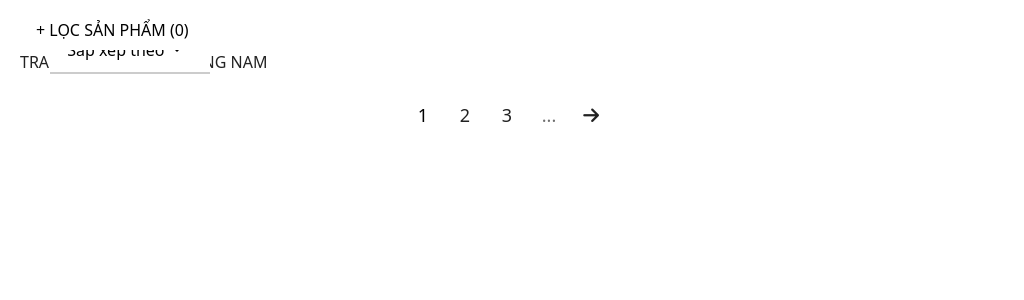
Repository: NguyenQuangQuan021099/FE_Page-Male
Page: index.html
An editor plug-in stored every save of this project. The page is shown before and after the next save, followed by the edit.
The browser window is 1024 px wide. The pictures show the whole page.
The page's requests for data from a server got no answer. Some web libraries are served in a nearby version.

Above is the page before, as saved 2021-07-08 11:07:20.

After the next save:
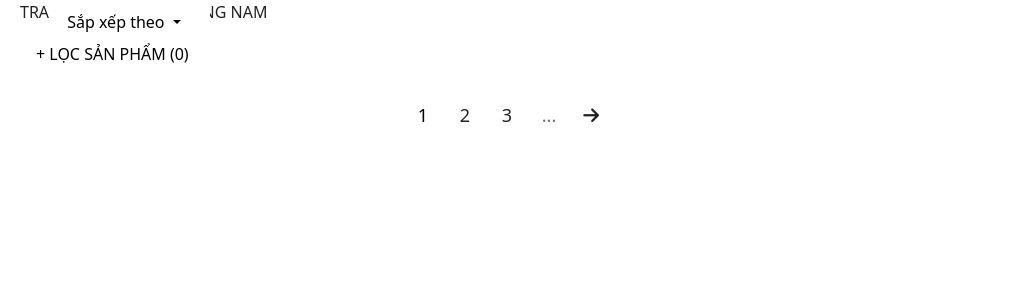
Saved 20 s later.
--- a/style.css
+++ b/style.css
@@ -295,7 +295,7 @@
 @media screen and (min-width: 360px) and (max-width: 1024px) {
 
     .category__product__action{
-        flex-direction: column-reverse;
+        flex-direction: column;
         padding: 0 20px;
         margin-bottom: 0;
     }

After the 2 saves that followed:
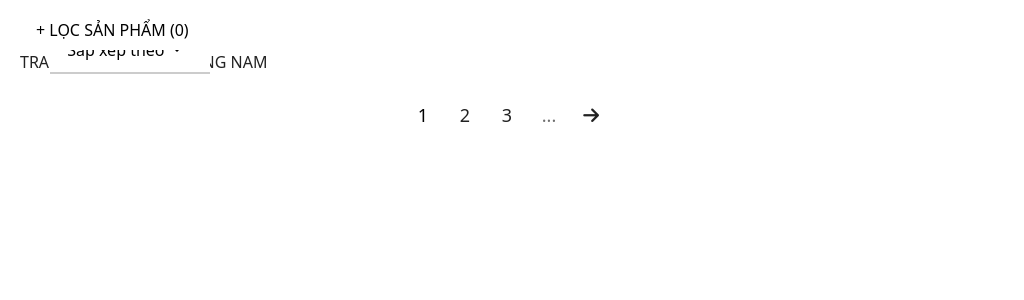
The 2 saves are shown as one change because they came seconds apart.
The last was saved 31 s later.
--- a/style.css
+++ b/style.css
@@ -295,7 +295,7 @@
 @media screen and (min-width: 360px) and (max-width: 1024px) {
 
     .category__product__action{
-        flex-direction: column;
+        flex-direction: column-reverse;
         padding: 0 20px;
         margin-bottom: 0;
     }
